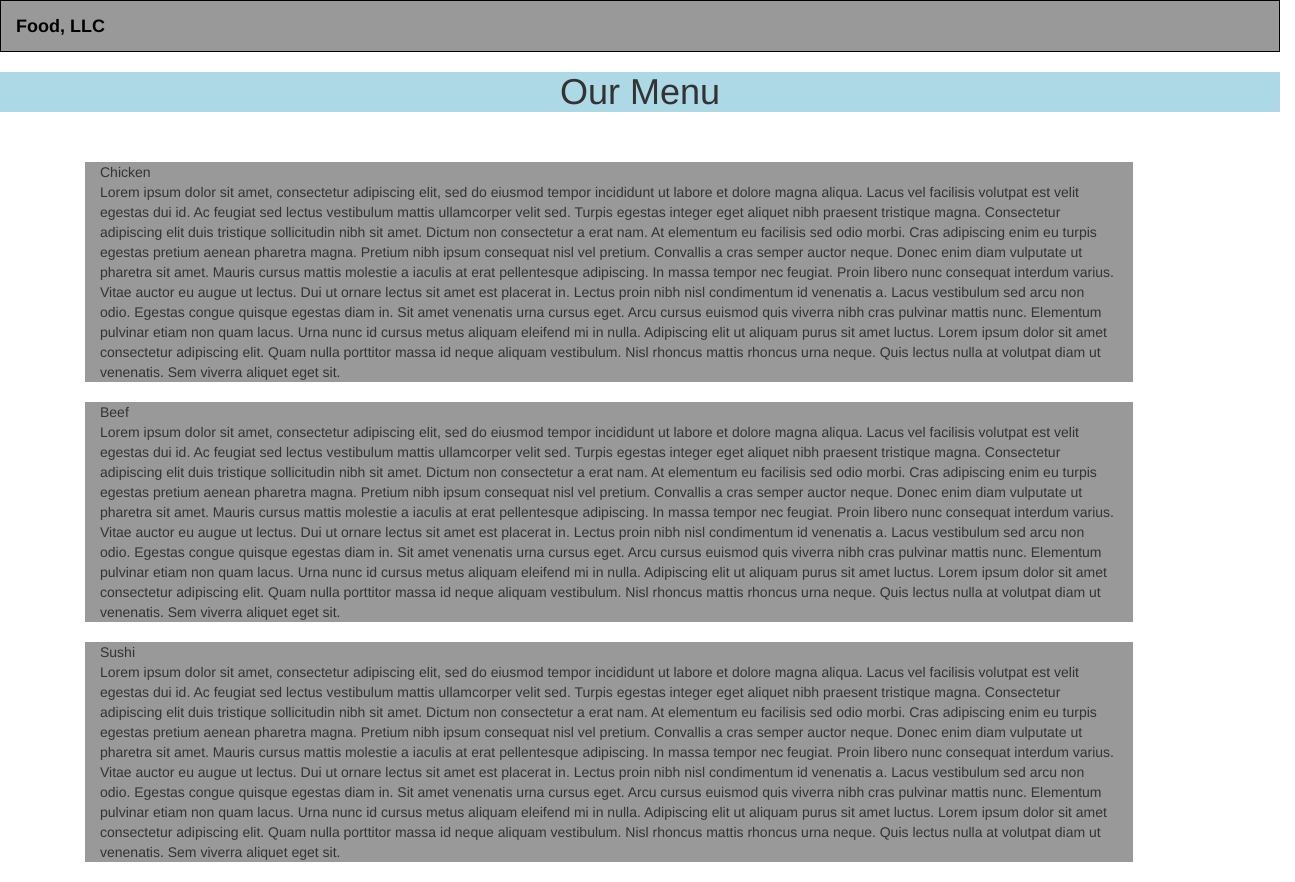
Repository: Cynthia-woo/coursera_frontend_JHU
Page: module3-solution/index.html
The author's editor kept a copy of each file at every save. The page is drawn from the files as they stood at one save, then again after the next save.
The browser window is 1280 px wide. The page is 1295 px wide, so the pictures cover 1295 px, including what lies to the right of the window. The pictures show the whole page.

Above is the page before, as saved 2024-04-20 02:51:07.

After the next save:
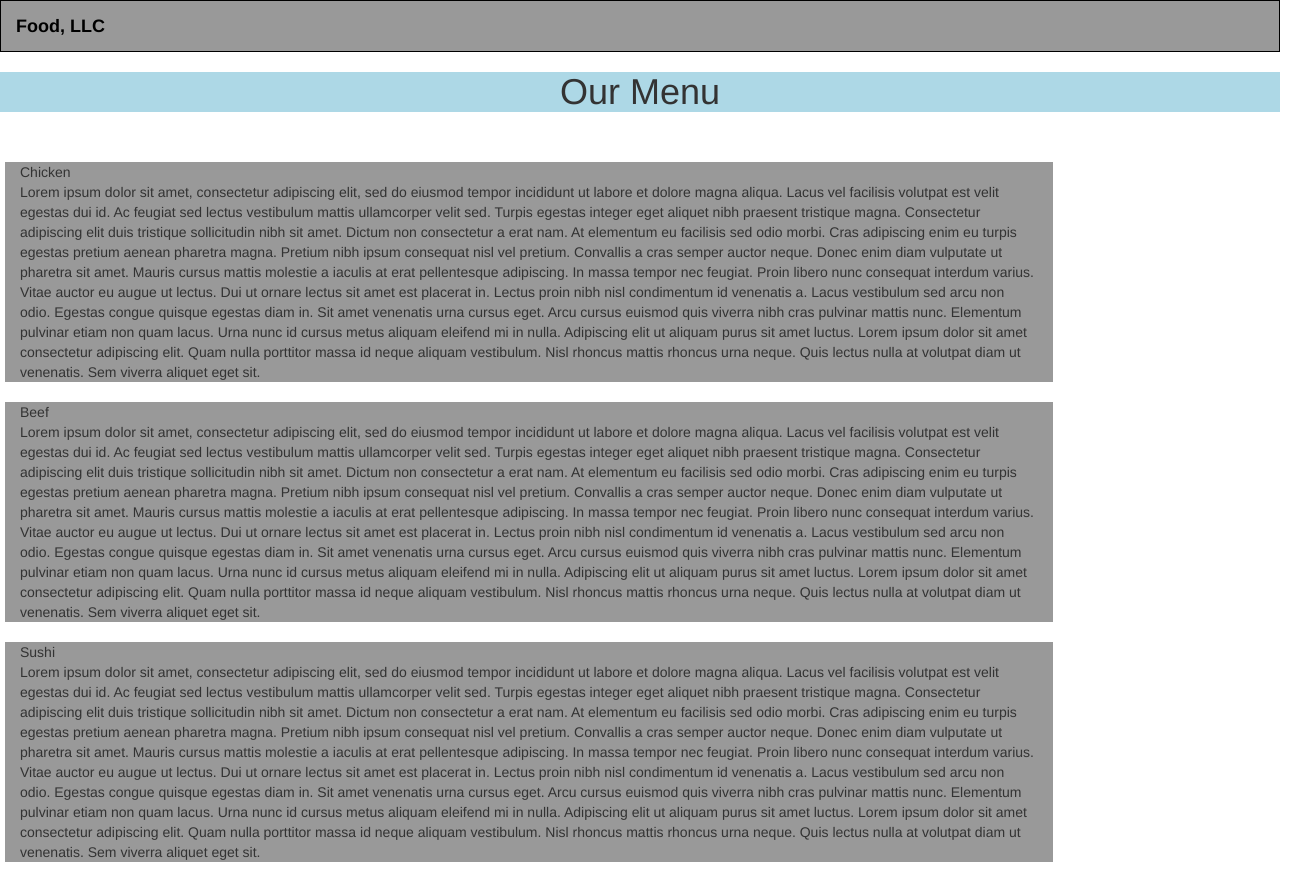
Saved 23 s later.
--- a/module3-solution/css/styles.css
+++ b/module3-solution/css/styles.css
@@ -28,6 +28,6 @@
 
 .col-md-12, .col-sm-12, .col-xs-12 {
     width: 80%;
-    margin: 0 100px 20px 100px;
+    margin: 0 20px 20px 20px;
     background-color: #999;
 }
